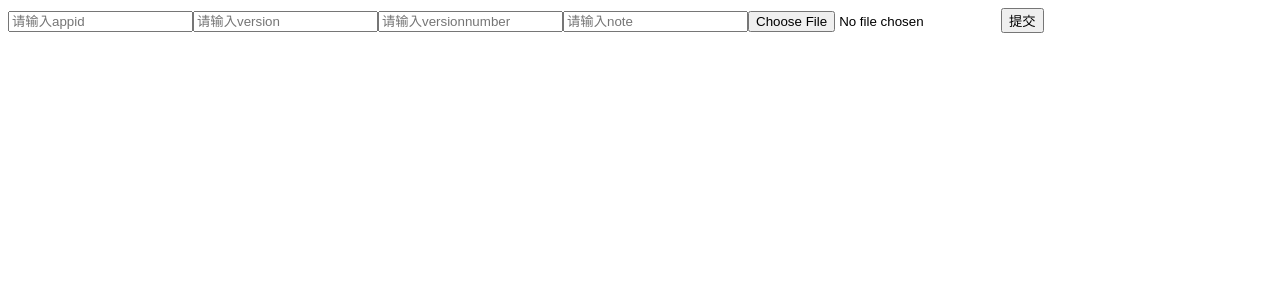
Repository: wfj01/Qmhht
Page: /#/Upload
The author's editor kept a copy of each file at every save. The page is drawn from the files as they stood at one save, then again after the next save.
The browser window is 1280 px wide. The pictures show the whole page.
The project was rebuilt for these pictures with package versions that can differ from the ones it lists, and the page was loaded fresh each time. Also part of the build but not shown: src/components/HelloWorld.vue, src/view/msite.vue, src/view/index/index.vue, src/view/index/home/home.vue, src/view/login/login.vue, src/components/add/adduser.vue, src/view/table/table.vue.

Above is the page before, as saved 2021-01-16 16:09:09.
Console error: TypeError: Cannot read properties of undefined (reading 'protocol')

### src/main.js
// The Vue build version to load with the `import` command
// (runtime-only or standalone) has been set in webpack.base.conf with an alias.
import Vue from 'vue'
import App from './App'
import router from './router'
import Element  from 'element-ui';
import 'element-ui/lib/theme-chalk/index.css';
import axios from 'axios'
axios.defaults.headers.post['Content-Type'] = 'application/json';
Vue.prototype.$ajax = axios
Vue.use( axios)
Vue.use(Element, { size: 'small', zIndex: 3000 });

Vue.config.productionTip = false

/* eslint-disable no-new */
new Vue({
  el: '#app',
  router,
  components: { App },
  template: '<App/>'
})

### src/router/index.js
import Vue from 'vue'
import Router from 'vue-router'
import HelloWorld from '@/components/HelloWorld'
import MsitePage from '@/view/msite'
import IndexPage from '@/view/index/index'
import HomePage from '@/view/index/home/home'
import LoginPage from '@/view/login/login'
import TablePage from '@/view/table/table'
import UploadFile from  '@/view/uploadfile/index'
//申明使用插件
Vue.use(Router)

export default new Router({
  routes:[
    {
      path:'/index',
      name:"IndexPage",
      component: IndexPage,
      meta: {
        showFooter: true
      }
    },
    {
      path:'/home',
      component:HomePage,
      meta: {
        showFooter: true
      }
    },
    {
      path:'/Login',
      component:LoginPage,
      meta: {
        showFooter: false
      }
    },
    {
      path:'/Table',
      name:"TablePage",
      component:TablePage,
      meta: {
        showFooter: false
      }
    },
    {
      path:'/Upload',
      name:"UploadFile",
      component:UploadFile,
      meta: {
        showFooter: false
      }
    },
    {
      path: '/',
      component:MsitePage,
    }
  ]
})

### src/view/uploadfile/index.vue
<template>
  <!--文件上传表单-->
  <form>
    <input type="text" value="" v-model="appid" placeholder="请输入appid" />
    <input type="text" value="" v-model="version" placeholder="请输入version" />
    <input
      type="text"
      value=""
      v-model="versionnumber"
      placeholder="请输入versionnumber"
    />
    <input type="text" value="" v-model="note" placeholder="请输入note" />
    <input type="file" @change="getFile($event)" />
    <!-- <input type="file" @change="getFile2($event)" /> -->
    <button @click="submit($event)">提交</button>
  </form>
</template>

<script>
import { strRebuild, lastSubstring } from "@/utils/strUtil";
import { message } from "@/utils/message";
import axios from "axios";
export default {
  data() {
    return {
      //文件
      file: "",
      file2: "",
      appid: "",
      version: "",
      versionnumber: "",
      note: "",
    };
  },
  methods: {
    getFile(event) {
      this.file = event.target.files[0];
      console.log(this.file);
    },
    getFile2(event) {
      this.file2 = event.target.files[0];
      console.log(this.file2);
    },
    submit(event) {
      let formData = new FormData();
      // 向 formData 对象中添加文件
      formData.append("file", this.file);
      this.$ajax({
        method: "post",
        url:
          "http://localhost:33527/MultiFileAppUpload?appid=" +
          this.appid +
          "&version=" +
          this.version +
          "&versionnumber=" +
          this.versionnumber +
          "&note=" +
          this.note,
        data: formData,
      }).then((resp) => {
        if (resp.data.flag != true) {
          // 失败
          this.$message({
            message: "上传药材图片失败",
            type: "warning",
          });
        }
      });
    },
  },
};
</script>

<style scoped>
</style>

### src/utils/strUtil.js
// 字符串相关工具类
// 数组根据分隔符重组为字符串
export function strRebuild(arr, split) {
    if (arr === undefined || arr === null || !(arr instanceof Array) || arr.length === 0) {
    return ''
    }
    if (split === undefined || split === null) {
    split = '，'
    }
    var str = ''
    arr.forEach((v, i) => {
    if (i === arr.length - 1) {
    str = str + v
    } else {
    str = str + v + split
    }
    })
    return str
   }

   // 截取最后一个特定字符后面的字符串
   export function lastSubstring(str, split) {
    if (str === undefined || str === null || split === undefined || split === null) {
    return ''
    }
    return str.substring(str.lastIndexOf(split) + 1)
   }

### src/utils/message.js
import { Message } from 'element-ui'

// 提示封装 type 提示类型， msg 提示信息，duration 持续时间
export function message(type, msg, duration) {
 Message({
 message: msg || 'success',
 type: type || 'success',
 duration: duration || 5 * 1000
 })
}

// 带删除键提示，duration 为 0 时，不会自动消失
// 提示封装 type 提示类型， msg 提示信息，duration 持续时间
export function messageShowClose(type, msg, duration) {
 Message({
 message: msg || 'success',
 type: type || 'success',
 duration: duration || 0,
 showClose: true
 })
}

Loaded but not shown: index.html (common file); src/App.vue (common file)

After the next save:
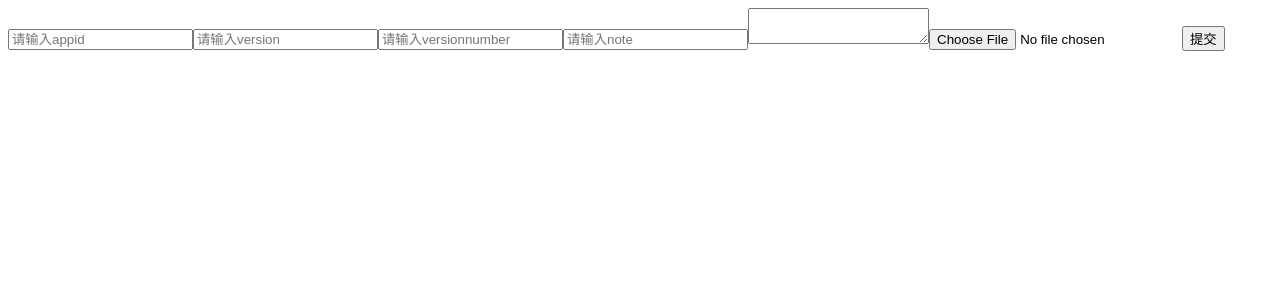
Saved 55 s later.
--- a/src/view/uploadfile/index.vue
+++ b/src/view/uploadfile/index.vue
@@ -10,6 +10,7 @@
       placeholder="请输入versionnumber"
     />
     <input type="text" value="" v-model="note" placeholder="请输入note" />
+    <textarea @input="changenote"></textarea>
     <input type="file" @change="getFile($event)" />
     <!-- <input type="file" @change="getFile2($event)" /> -->
     <button @click="submit($event)">提交</button>
@@ -33,6 +34,9 @@ export default {
     };
   },
   methods: {
+    changenote(e){
+        console.log("e",e)
+    },
     getFile(event) {
       this.file = event.target.files[0];
       console.log(this.file);
